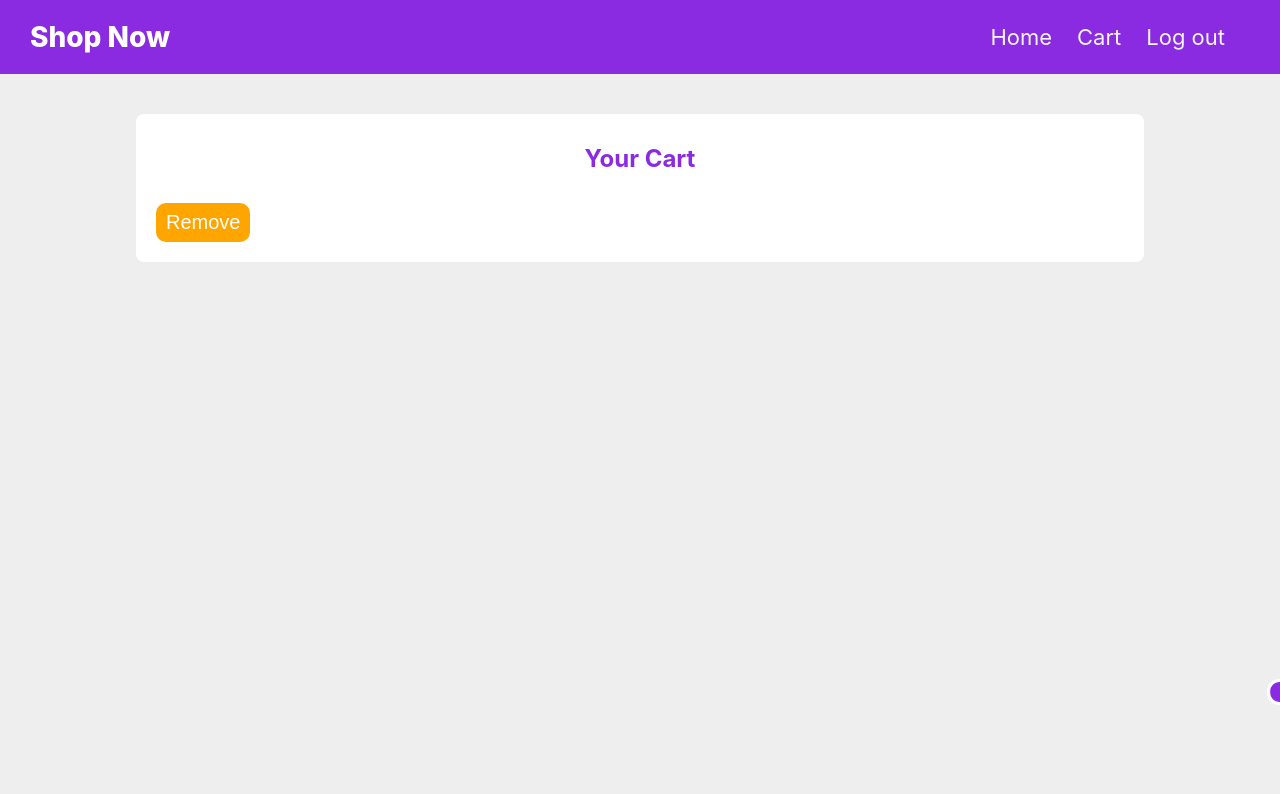
Repository: Eslam0Mohamed/simple-ecommerce-auth
Page: cart.html
The author's editor kept a copy of each file at every save. The page is drawn from the files as they stood at one save, then again after a run of saves.
The browser window is 1280 px wide. The pictures show the whole page.
The page's requests for data from a server got no answer.

Above is the page before, as saved 2026-02-02 14:30:44.

### cart.html
<!DOCTYPE html>
<html lang="en">

<head>
    <meta charset="UTF-8">
    <meta name="viewport" content="width=device-width, initial-scale=1.0">
    <title>Cart</title>
    <link rel="stylesheet" href="style/style.css">
</head>

<body>
    <nav class="navbar">
        <div class="logo">Shop Now</div>
        <div class="nav-list">
            <ul>
                <li class="home-item">
                    <a href="index.html">Home</a>
                </li>
                <li class="cart-item">
                    <a href="cart.html">Cart</a>
                </li>
                <li class="logout-item">
                    <a href="login.html">Log out</a>
                </li>
                <li class="welcome-message"></li>
            </ul>
        </div>
    </nav>

    <section class="cart">
        <div class="cart-container">
            <h1 class="cart-heading">Your Cart</h1>
            <div class="cart-products-container">

            </div>
            <!-- <div class="cart-products">
                <div class="product-details">
                    <img src="./images/product.jpg" alt="">
                    <div class="product-details-text">
                        <h3>Lenovo Ideabad</h3>
                        <span>$300</span>
                    </div>
                </div>
                <div class="products-controls">
                    <button class="mince">- </button>
                    <button class="quantity">1</button>
                    <button class="plus">+</button>
                    <button class="remove">Remove</button>
                </div>
            </div> -->

            <h3 class="total-price"></h3>
             <button class="remove-all">Remove</button>
        </div>
    </section>

    <div class="model">
        <p class="model-message"></p>
    </div>
     <div class="delete-model">
        <p class=" delete-model-message"></p>
    </div>

    <script src="javaScript/cart.js"></script>
</body>

</html>

### style/style.css
*{
    padding: 0;
    margin: 0;
    box-sizing: border-box;
}

body{
      font-family: "Inter", sans-serif;
      overflow-x: hidden;
}
span,a{
display: inline-block;
}
ul{
    list-style: none;
}
img{
    width: 100%;
    height: 100%;
}
a{
    text-decoration: none;
    color: inherit;
}

.navbar{
    padding: 20px 30px;
    background-color: blueviolet;
    display: flex;
    justify-content: space-between;
    align-items: center;
}
.logo{
    font-size: 28px;
    color: white;
    text-transform: capitalize;
    font-weight: 800;
    cursor: pointer;
}
.nav-list ul{
    display: flex;
    gap: 25px;
}
.nav-list ul li {
color: whitesmoke;
font-size: 22px;
font-weight: 400;
}
.nav-list ul li:hover{
    border-bottom: 1px solid black;
}
main{
    background-color: #eee;
    width: 100%;
    min-height: 100vh;
    padding: 25px 10px;
    position: relative;
}
main h1{
    text-align: center;
    font-weight: bold;
    padding: 25px 15px;
}
.container{
    width: 70%;
    margin:auto;
}
.products{
display: grid;
grid-template-columns: repeat(auto-fill,minmax(250px,1fr));
gap: 15px;
margin-top: 20px;
}
.product-box{
    background-color: white;
    border-radius: 24px;
    overflow: hidden;
}
.product-box img{
    width: 100%;
    height: 250px;
}
 .product-box .text-container{
    padding: 10px 15px;
    display: flex;
    justify-content: center;
    align-items: center;
    /* gap: 10px; */
    flex-direction: column;
}
.proudct-name{
    background-color: #eee;
    padding: 10px 15px;
    color: black;
    border-radius: 14px;
    font-size: 15px;
    text-align: center;
}
.product-price{
   color:blueviolet;
    padding: 8px 15px;
    border-radius: 4px;
    font-weight: 500;
    font-size: 18px;
}
.add-to-cart-button,.login-button{
    border: 2px solid #eee;
    background-color: blueviolet;
    color: #eee;
    padding: 8px 20px;
    border-radius: 10px;
    font-size: 18px;
    transition: all 0.3s;
    cursor: pointer;
}
.add-to-cart-button:hover{
    background-color: white;
    color: blueviolet;

}

.pagination{
    display: flex;
    gap: 30px;
    padding: 20px 10px;
    justify-content: center;
}
.pagination button {
    border: 2px solid #eee;
    background-color: white;
    color: blueviolet;
    padding: 8px 20px;
    border-radius: 10px;
    font-size: 18px;
    transition: all 0.3s;
    cursor: pointer;
}


/* ! log in  */

.login{
    background-color: #eee;
    width: 100%;
    height: 100vh;
    display: flex;
    justify-content: center;
    align-items: center;
        position: relative;
}

.form-container{
    background-color: white;
    padding: 25px 30px;
    border-radius: 12px;
    width: 400px;
}
.input-item {
display: flex;
flex-direction: column;
gap: 8px;
margin: 15px 0;

}
.input-item label {
color: dimgrey;
font-weight: 500;
}
.input-item input{
padding: 12px 10px;
width: 100%;
border: 1px solid #ddd;
background-color: transparent;
color: dimgrey;
border-radius: 8px;
font-size: 18px;
}
input:focus{
    outline: none;
}
.login-heading{
    text-align: center;
}
.login-button{
    margin: 15px auto;
    width: 100%;
}

.model{
    background-color: blueviolet;
    color: white;
    position: fixed;
    bottom: 15px;
    right: 20px;
    padding: 10px 15px;
    border-radius: 12px;
    border: 3px solid #fff;
    transition: all 0.8s linear;
    transform: translateX(120%);
   }
.model p{
font-size: 16px;
}


/* & Cart */

.cart{
    background-color: #eee;
    width: 100%;
    padding: 10px;
    min-height: 100vh;

}

.cart-container{
    width: 80%;
    background-color: #fff;
    padding: 10px 15px;
    margin: 30px auto;
    border-radius:8px ;
    padding: 20px 20px;
}
.cart-container h1{
text-align: center;
color: blueviolet;
 padding: 10px 0;
}
.cart-products{
display: flex;
justify-content: space-between;
align-items: center;
padding: 20px 0px;
border-top:1px solid #ddd ;
}
.product-details{
display: flex;
align-items: center;
gap: 20px;
}
.product-details img{
background-color: aliceblue;
width: 100px;
height: 100px;
}
.product-details span{
color: blueviolet;
font-weight: 600;
font-size: 20px;
}
.product-details-text{
display: flex;
flex-direction: column;
gap: 10px;
}

.products-controls{
display: flex;
align-items: center;
gap: 20px;
}
.mince,.plus,.quantity,.remove,.remove-all{
padding: 5px 10px;
background-color: blueviolet;
color: #fff;
font-weight: 500;
font-size: 20px;
border: none;
outline: none;
border-radius: 50%;
cursor: pointer;
}
.quantity{
border-radius: 0;
padding: 5px 10px;
background-color: #fff;
border: 1px solid #ddd;
color: blueviolet;
}
.remove,.remove-all{
    padding: 8px 10px;
    background-color: orange;
    border-radius: 10px;
}

.total-price{
    margin: 20px 0;

}

### javaScript/cart.js
//  * variables
const homeLink = document.querySelector(".home-item")
const totalPrice = document.querySelector(".total-price")
const removeAll = document.querySelector(".remove-all")
const cartLink = document.querySelector(".cart-item")
const logOutLink = document.querySelector(".logout-item")
const cartContainer = document.querySelector(".cart-products-container")
const welcomeMessage = document.querySelector(".welcome-message")
const userData = JSON.parse(localStorage.getItem("userData"))
const mince = document.querySelector(".mince")
const plus = document.querySelector(".plus")
const model = document.querySelector(".model")
const modelMessage = document.querySelector(".model-message")

displayUserNavbar()
// * function
function displayUserNavbar() {
    if (userData) {
        welcomeMessage.textContent = "welcome , " + userData.firstName
    }
}
function displayCartProducts(cartProducts,totalCartPrice){
    let cartBox = ""
    for (const element of cartProducts) {
        cartBox+=`
        <div class="cart-products">
        <div class="product-details">
                    <img src="${element.thumbnail}" alt="">
                    <div class="product-details-text">
                        <h3>${element.title}</h3>
                        <span> $${element.price.toFixed(0)}</span>
                        <span><b>Total Price</b> $${element.total.toFixed(0)}</span>
                    </div>
                </div>
                <div class="products-controls">
                    <button class="mince" onclick="updataCartData(this,${element.id},${element.quantity})"">- </button>
                    <button class="quantity">${element.quantity}</button>
                    <button class="plus" onclick="updataCartData(this,${element.id},${element.quantity})">+</button>
                    <button class="remove">Remove</button>
                </div>
        </div>
                `
     }


     cartContainer.innerHTML = cartBox
     totalPrice.innerHTML ="Total Products Price : $ " + totalCartPrice.toFixed(2)
}
// * Api
getCartProducts()
async function getCartProducts(){
    const cartId = localStorage.getItem("cartId")
    try {
        // const response = await fetch(`https://dummyjson.com/carts/user/${userData.id}`)
        const response = await fetch(`https://dummyjson.com/carts/${1}`)
        const data = await response.json()
          displayCartProducts(data.products,data.total)
    } catch (error) {
        console.log(error);
        // & message for handle error
    }
}
async function updataCartData(btn,id){
try {
    const cartItem = btn.closest(".cart-products")
    console.log(cartItem);
    let quantity = Number(cartItem.querySelector(".quantity").textContent)
if (btn.classList.contains("plus")) {
    console.log("plus");
    quantity++
}
else{
    console.log("mince");
    quantity--
}
if (quantity<0) {
  return
}
   var response =await fetch(`https://dummyjson.com/carts/${1}`, {
  method: 'PUT',
  headers: { 'Content-Type': 'application/json' },
  body: JSON.stringify({
    merge: true,
    products: [
      {
        id: id,
        quantity: quantity,
      },
    ]
  })
})
const data = await response.json()
console.log(data.products[0].quantity,data.total);
displayCartProducts(data.products,data.total)
        modelMessage.textContent = "You Have Change The Quantity"
        model.style.transform = "translateX(0)"
        setTimeout(() => {
            model.style.transform = "translateX(120%)"
        }, 2000)
}

catch(error) {
    console.log(error);
    // !message for handle error alert(error)
}
}
async function deleteCart() {
    const response = fetch(`https://dummyjson.com/carts/1`,{method:"DELETE"})
    console.log(response);

}
// * events
removeAll.addEventListener("click",()=>{
console.log("Remove Button Clicked");

deleteCart()

})

logOutLink.addEventListener("click", (e) => {
    e.preventDefault()
    modelMessage.textContent = "Now You Are Logged Out"
    model.style.transform = "translateX(0)"
    setTimeout(() => {
        model.style.transform = "translateX(120%)"
        location.href = "../login.html"
    }, 2000)
    localStorage.removeItem("userData")
})

After the next 2 saves:
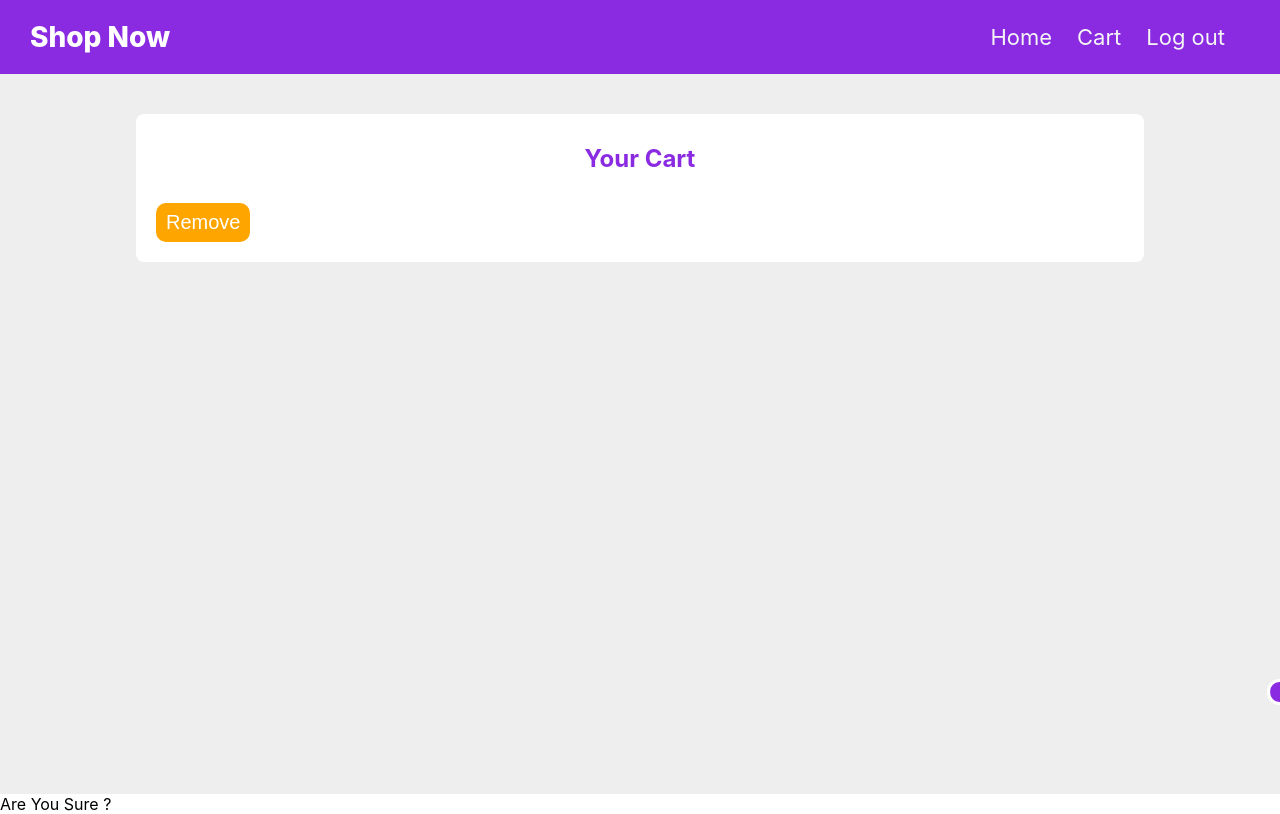
The 2 saves are shown as one change because they came seconds apart.
The last was saved 31 s later.
--- a/cart.html
+++ b/cart.html
@@ -58,7 +58,7 @@
         <p class="model-message"></p>
     </div>
      <div class="delete-model">
-        <p class=" delete-model-message"></p>
+        <p class=" delete-model-message">Are You Sure  ? </p>
     </div>
 
     <script src="javaScript/cart.js"></script>
